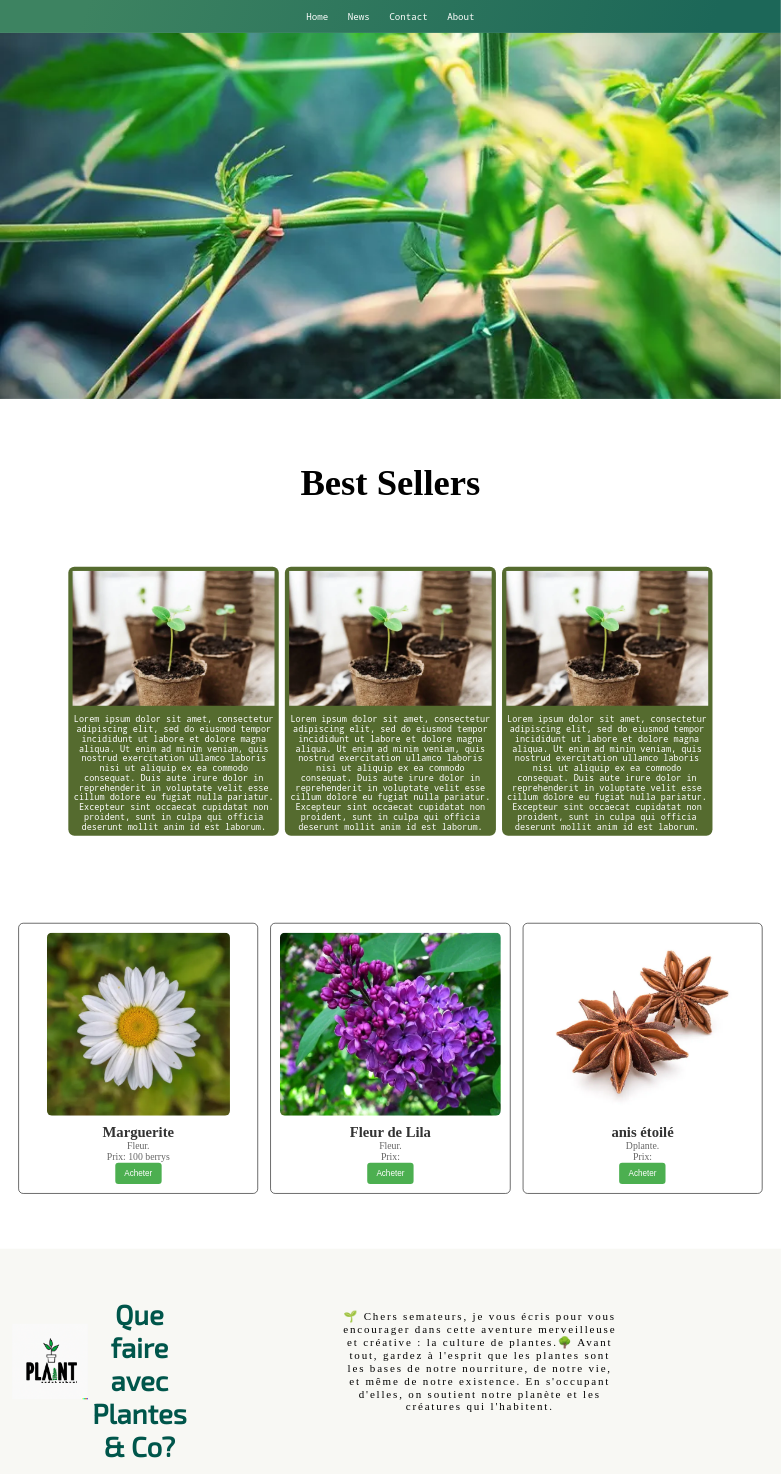
Repository: Flexo874/ISITECH-HTML-CSS
Page: index.html
An editor plug-in stored every save of this project. The page is shown before and after the next save, followed by the edit.
The browser window is 1280 px wide. The pictures show the whole page, at 61% of full size.

Above is the page before, as saved 2024-01-03 10:17:11.

### index.html
<!DOCTYPE html>
<html>
<head>
    <title>Plantes & Co</title>
     <link rel="stylesheet" type="text/css" href="./style.css">
     <link rel="stylesheet" type="text/css" href="./instructions.css">
     <link rel="preconnect" href="https://fonts.googleapis.com">
     <link rel="preconnect" href="https://fonts.gstatic.com" crossorigin>
     <link href="https://fonts.googleapis.com/css2?family=Exo+2&display=swap" rel="stylesheet">
</head>
<body>
    <ul>
        <li><a href="#home">Home</a></li>
        <li><a href="#news">News</a></li>
        <li><a href="#contact">Contact</a></li>
        <li><a href="#about">About</a></li>
    </ul>


    <div class="plant-img">
        <img src="images/Step-8-If-You-Want-You-Can-Train-Your-Cannabis-Plants-To-Increase-Yield.webp">
    </div>

    <h1 > Best Sellers</h1>



    <div class="container">

            <div class="item">
                <a>
                <img src="images/semis-prêt-à-être-planté-dans-le-jardin.webp" alt="Logo">
                <p>Lorem ipsum dolor sit amet, consectetur adipiscing elit, sed do eiusmod tempor incididunt ut labore et dolore magna aliqua. Ut enim ad minim veniam, quis nostrud exercitation ullamco laboris nisi ut aliquip ex ea commodo consequat. Duis aute irure dolor in reprehenderit in voluptate velit esse cillum dolore eu fugiat nulla pariatur. Excepteur sint occaecat cupidatat non proident, sunt in culpa qui officia deserunt mollit anim id est laborum.</p>
                </a>
            </div>
            <div class="item">
                <a>
                <img src="images/semis-prêt-à-être-planté-dans-le-jardin.webp" alt="Logo">
                <p>Lorem ipsum dolor sit amet, consectetur adipiscing elit, sed do eiusmod tempor incididunt ut labore et dolore magna aliqua. Ut enim ad minim veniam, quis nostrud exercitation ullamco laboris nisi ut aliquip ex ea commodo consequat. Duis aute irure dolor in reprehenderit in voluptate velit esse cillum dolore eu fugiat nulla pariatur. Excepteur sint occaecat cupidatat non proident, sunt in culpa qui officia deserunt mollit anim id est laborum.</p>
                </a>
            </div>
            <div class="item">
                <a>
                <img src="images/semis-prêt-à-être-planté-dans-le-jardin.webp" alt="Logo">
                <p>Lorem ipsum dolor sit amet, consectetur adipiscing elit, sed do eiusmod tempor incididunt ut labore et dolore magna aliqua. Ut enim ad minim veniam, quis nostrud exercitation ullamco laboris nisi ut aliquip ex ea commodo consequat. Duis aute irure dolor in reprehenderit in voluptate velit esse cillum dolore eu fugiat nulla pariatur. Excepteur sint occaecat cupidatat non proident, sunt in culpa qui officia deserunt mollit anim id est laborum.</p>
                </a>
            </div>
    </div>

    <section class="produits">
        <!-- Produit 1 -->
        <div class="produit">
            <img src="images/Leucanthemum_vulgare.webp" alt="Produit 1">
            <h3>Marguerite</h3>
            <p>Fleur.</p>
            <p>Prix: 100 berrys</p>
            <button>Acheter</button>
        </div>
        <div class="produit">
            <img src="images/1676375528_249_Belle-signification-et-symbolisme-de-la-couleur-de-la-fleur.webp" alt="Produit 1">
            <h3>Fleur de Lila</h3>
            <p>Fleur.</p>
            <p>Prix: </p>
            <button>Acheter</button>
        </div>
        <div class="produit">
            <img src="images/anis-étoilé-spice-de-fruits-et-de-graines-isolé-sur-fond-blanc.webp" alt="Produit 1">
            <h3>anis étoilé</h3>
            <p>Dplante.</p>
            <p>Prix: </p>
            <button>Acheter</button>
        </div>

    </section>


    <section class="instructions">
        <img src="images/DALL·E 2024-01-03 10.05.32 - a simple logo for a plant shop.png" alt="Logo">
        <div class="titre">
            <h2>Que faire avec Plantes & Co?</h2>
        </div>
        <div class="description">
            <p>🌱 Chers semateurs, je vous écris pour vous encourager dans cette aventure
                 merveilleuse et créative : la culture de plantes.🌳 Avant tout, gardez à l'esprit que les plantes sont les bases de notre nourriture, de notre vie, et même de notre existence. En s'occupant d'elles, on soutient notre planète et les créatures qui l'habitent.</p>
          </div>
        <div class="categories">

        </div>

    </section>





</body>
</html>

### style.css
* {
  margin: 0;
  padding: 0;
}
ul {
  list-style-type: none;
  margin: 0;
  padding: 0;
  overflow: hidden;
  background-image: linear-gradient(
    109.6deg,
    rgba(61, 131, 97, 1) 11.2%,
    rgba(28, 103, 88, 1) 91.1%
  );
  display: flex;
  list-style: none;
  box-sizing: border-box;
  justify-content: center;
}

li {
  position: relative;
}

li a {
  display: block;
  color: white;
  text-align: center;
  padding: 18px 16px;
  text-decoration: none;
  font-size: 15px;
  transition: 0.4s ease-in-out;
  position: center;
  font-family: "Noto Mono", monospace;
}

li a:hover {
  background-color: #111;
  border-radius: 5px;
}

.plant-img img {
  width: 100%;
  height: 600px;
  object-fit: cover;
  overflow: hidden;
}

h1 {
  padding: 40px;
  padding-bottom: 0;
  margin-bottom: 0;
  margin-top: 60px;
  text-align: center;
  font-weight: bold;
  font-size: 60px;
}

.container {
  display: flex;
  grid-template-columns: repeat(3, 1fr);
  grid-auto-rows: minmax(300px, auto);
  gap: 10px;
  padding: 10px;
  margin-top: 0;
  margin: 8%;
  padding-top: 0;
}

.item {
  align-items: center;
  justify-content: center;
  border-radius: 10px;
  display: flex;
  justify-content: center;
  align-items: center;
  background-color: #556b2f;
}

.item a {
  margin: 7px;
}

.item a:hover {
  color: white;
}

.item img {
  max-width: 100%;
  height: auto;
}

.item p {
  margin-top: 10px;
  text-align: center;
  color: white;
  font-family: "Noto Mono", monospace;
  font-size: 14px;
}

.produits {
  display: flex;
  flex-wrap: wrap;
  justify-content: space-around;
  padding: 20px;
}

.produit {
  background-color: #fff;
  border: 1px solid #ddd;
  border-radius: 8px;
  border-color: #111;
  margin: 10px;
  padding: 15px;
  text-align: center;
  transition: transform 0.3s ease-in-out;
  width: calc(33.33% - 20px);
  box-sizing: border-box;


}

.produit:hover {
  transform: scale(1.05);
}

.produit img {
  max-width: 100%;
  height: 300px;
  border-radius: 8px;
}

.produit h3 {
  margin-top: 10px;
  font-size: 1.5em;
  color: #333;
}

.produit p {
  color: #666;
}

.produit button {
  background-color: #4caf50;
  color: #fff;
  padding: 10px 15px;
  border: none;
  border-radius: 5px;
  cursor: pointer;
}

.produit button:hover {
  background-color: #45a049;
}

### instructions.css
.instructions{
    padding: 20px ;
    margin-top: 60px;
    background-color:#F8F8F4;
    display: flex;
    justify-content: center;
    align-items:center;
}

.instructions img {
    width: 10%;
    display: flex;
    justify-content: center;
    align-items:center;
}



 .titre {
  margin-top: 60px;
  text-align: center;
  font-weight: bold;
  color:#00564B;
  font-size: 30px;
  width: 100%;
}

.titre h2{
    font-family: 'Exo 2', sans-serif;
}

.description{
    display: flex;
    margin: 40px;
    text-align: center;
    margin-left: 20%;
    margin-right: 20%;
}

.description p{
    letter-spacing: 3px;
    font-size: 18px;

}

After the next save:
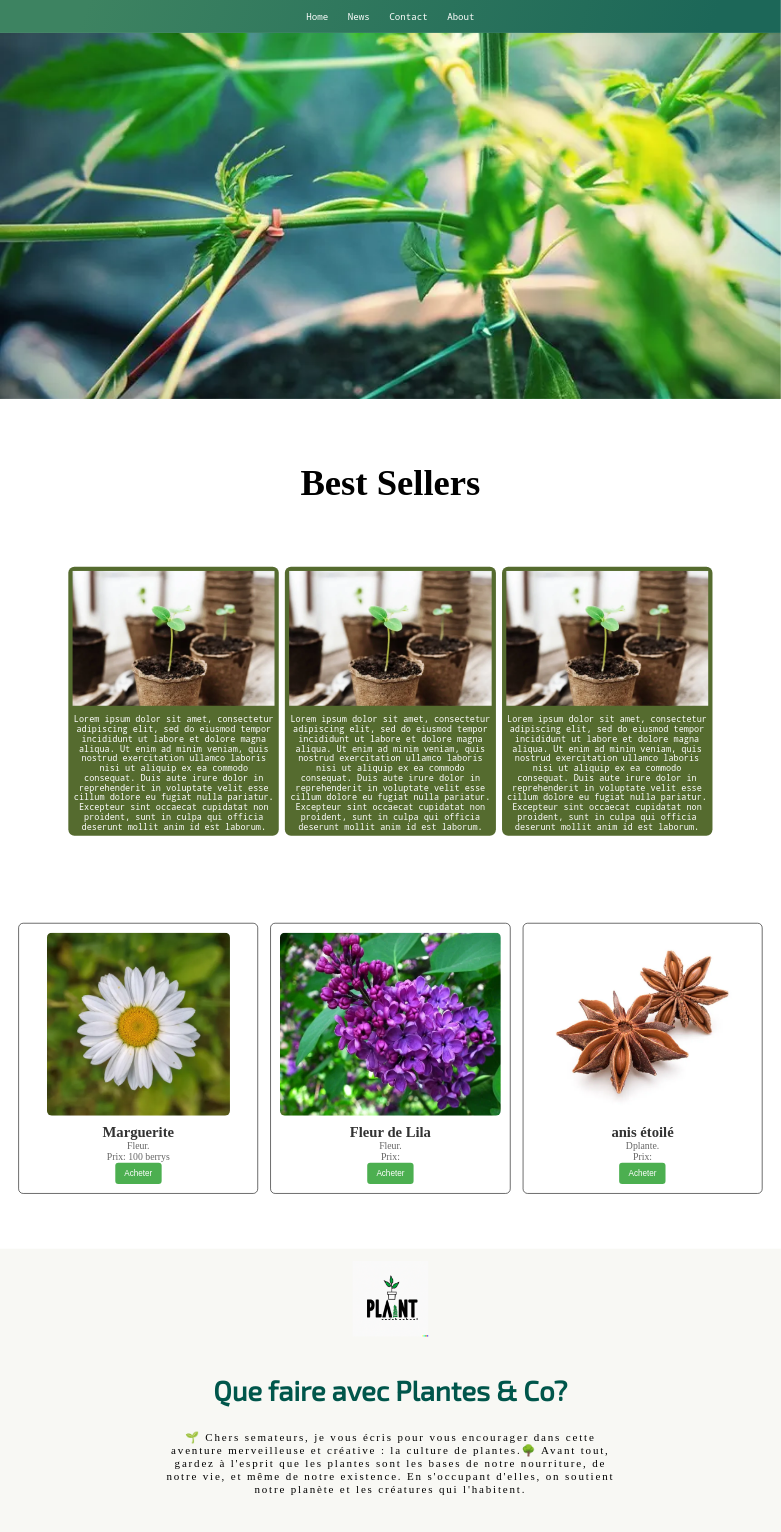
Saved 76 s later.
--- a/index.html
+++ b/index.html
@@ -75,7 +75,9 @@
 
 
     <section class="instructions">
+        <div class="logo">
         <img src="images/DALL·E 2024-01-03 10.05.32 - a simple logo for a plant shop.png" alt="Logo">
+        </div>
         <div class="titre">
             <h2>Que faire avec Plantes & Co?</h2>
         </div>
--- a/instructions.css
+++ b/instructions.css
@@ -2,16 +2,18 @@
     padding: 20px ;
     margin-top: 60px;
     background-color:#F8F8F4;
+
+}
+
+.logo{
     display: flex;
     justify-content: center;
     align-items:center;
 }
 
-.instructions img {
+.logo img {
     width: 10%;
-    display: flex;
-    justify-content: center;
-    align-items:center;
+
 }
 
 
